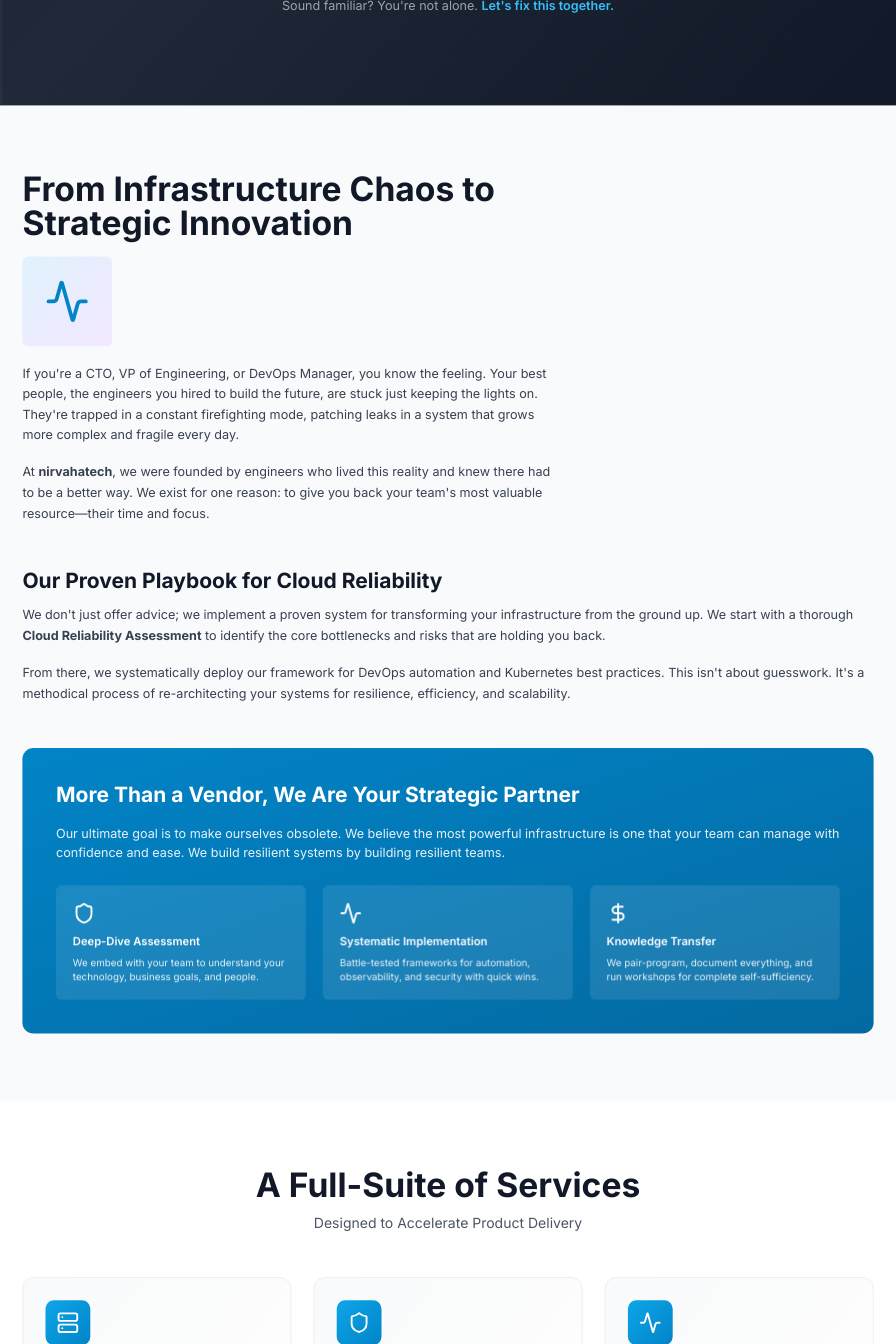
Repository: nirvaha-tech/nirva-monorepo
Page: / (app in frontend/)
The author's editor kept a copy of each file at every save. The page is drawn from the files as they stood at one save, then again after the next save.
The browser window is 1280 px wide. The pictures show the part of the page from y = 2362 to 4282 px (the page is 7183 px tall before and 7144 px after), at 70% of full size.
The project was rebuilt for these pictures with package versions that can differ from the ones it lists, and the page was loaded fresh each time. The framework's server and built-in components were replaced by stand-ins that run in the browser. Also part of the build but not shown: frontend/next.config.js.

Above is the page before, as saved 2025-11-14 22:46:27.

### frontend/src/app/layout.tsx
/**
 * Root layout component
 *
 * Copyright (c) 2024 Nirvahatech. All rights reserved.
 * This software is proprietary and confidential.
 */

import type { Metadata } from "next";
import { Inter } from "next/font/google";
import "./globals.css";

const inter = Inter({ subsets: ["latin"], variable: "--font-inter" });

export const metadata: Metadata = {
  title: "Nirvahatech | Expert DevOps & Cloud Infrastructure Solutions",
  description:
    "Stop firefighting. Start innovating. Expert-led DevOps for tech leaders who need scalable, self-healing infrastructure. Transform chaos into reliability.",
  keywords: [
    "DevOps",
    "Kubernetes",
    "Cloud Infrastructure",
    "AWS",
    "CI/CD",
    "GitOps",
    "DevSecOps",
    "FinOps",
    "Infrastructure Automation",
  ],
  authors: [{ name: "Nirvahatech" }],
  openGraph: {
    title: "Nirvahatech | Expert DevOps & Cloud Infrastructure Solutions",
    description:
      "Transform your infrastructure from chaos to reliability. Expert-led DevOps automation for scaling tech companies.",
    type: "website",
    locale: "en_US",
    siteName: "Nirvahatech",
  },
  twitter: {
    card: "summary_large_image",
    title: "Nirvahatech | Expert DevOps & Cloud Infrastructure Solutions",
    description:
      "Transform your infrastructure from chaos to reliability. Expert-led DevOps automation for scaling tech companies.",
  },
  robots: {
    index: true,
    follow: true,
  },
};

export default function RootLayout({
  children,
}: {
  children: React.ReactNode;
}) {
  return (
    <html lang="en" className="scroll-smooth">
      <body className={`${inter.variable} font-sans antialiased`}>
        {children}
      </body>
    </html>
  );
}

### frontend/src/app/page.tsx
import { Header } from "@/components/Header";
import { Hero } from "@/components/Hero";
import { Stats } from "@/components/Stats";
import { Symptoms } from "@/components/Symptoms";
import { About } from "@/components/About";
import { Services } from "@/components/Services";
import { Testimonials } from "@/components/Testimonials";
import { Contact } from "@/components/Contact";
import { Footer } from "@/components/Footer";
import { SmoothScroll } from "@/components/SmoothScroll";

export default function Home() {
  return (
    <main className="min-h-screen">
      <SmoothScroll />
      <Header />
      <Hero />
      <Stats />
      <Symptoms />
      <About />
      <Services />
      <Testimonials />
      <Contact />
      <Footer />
    </main>
  );
}

### frontend/src/app/globals.css
@tailwind base;
@tailwind components;
@tailwind utilities;

@layer base {
  :root {
    --background: 0 0% 100%;
    --foreground: 222.2 84% 4.9%;
  }

  * {
    border-color: hsl(var(--border, 214.3 31.8% 91.4%));
  }

  body {
    @apply bg-white text-gray-900;
  }

  html {
    scroll-behavior: smooth;
  }
}

@layer utilities {
  .text-balance {
    text-wrap: balance;
  }

  /* Custom animations */
  @keyframes blob {
    0% {
      transform: translate(0px, 0px) scale(1);
    }
    33% {
      transform: translate(30px, -50px) scale(1.1);
    }
    66% {
      transform: translate(-20px, 20px) scale(0.9);
    }
    100% {
      transform: translate(0px, 0px) scale(1);
    }
  }

  .animate-blob {
    animation: blob 7s infinite;
  }

  .animation-delay-2000 {
    animation-delay: 2s;
  }

  .animation-delay-4000 {
    animation-delay: 4s;
  }

  /* Smooth transitions for reduced motion */
  @media (prefers-reduced-motion: reduce) {
    *,
    *::before,
    *::after {
      animation-duration: 0.01ms !important;
      animation-iteration-count: 1 !important;
      transition-duration: 0.01ms !important;
    }
  }

  /* Custom gradient animation */
  @keyframes gradient {
    0% {
      background-position: 0% 50%;
    }
    50% {
      background-position: 100% 50%;
    }
    100% {
      background-position: 0% 50%;
    }
  }

  .animate-gradient {
    background-size: 200% 200%;
    animation: gradient 15s ease infinite;
  }

  /* Shimmer effect for loading states */
  @keyframes shimmer {
    0% {
      background-position: -1000px 0;
    }
    100% {
      background-position: 1000px 0;
    }
  }

  .animate-shimmer {
    animation: shimmer 2s infinite;
    background: linear-gradient(to right, #f6f7f8 0%, #edeef1 20%, #f6f7f8 40%, #f6f7f8 100%);
    background-size: 1000px 100%;
  }

  /* Pulse glow effect */
  @keyframes pulse-glow {
    0%, 100% {
      box-shadow: 0 0 5px rgba(14, 165, 233, 0.5);
    }
    50% {
      box-shadow: 0 0 20px rgba(14, 165, 233, 0.8);
    }
  }

  .animate-pulse-glow {
    animation: pulse-glow 2s ease-in-out infinite;
  }
}

### frontend/src/components/About.tsx
import { Activity, DollarSign, Shield } from "lucide-react";

export function About() {
  return (
    <section id="about-section" className="py-16 md:py-24 bg-gray-50">
      <div className="max-w-7xl mx-auto px-4 sm:px-6 lg:px-8">
        {/* Header */}
        <div className="max-w-3xl mb-16">
          <h2 className="text-3xl md:text-5xl font-bold text-gray-900 mb-6">
            From Infrastructure Chaos to Strategic Innovation
          </h2>
          <div className="w-32 h-32 bg-gradient-to-br from-primary-100 to-secondary-100 rounded-lg mb-6 flex items-center justify-center">
            <Activity size={64} className="text-primary-600" />
          </div>
          <p className="text-lg text-gray-700 leading-relaxed mb-6">
            If you&apos;re a CTO, VP of Engineering, or DevOps Manager,
            you know the feeling. Your best people, the engineers you hired to
            build the future, are stuck just keeping the lights on. They&apos;re
            trapped in a constant firefighting mode, patching leaks in a system
            that grows more complex and fragile every day.
          </p>
          <p className="text-lg text-gray-700 leading-relaxed">
            At <strong>nirvahatech</strong>, we were founded by engineers who
            lived this reality and knew there had to be a better way. We exist
            for one reason: to give you back your team&apos;s most valuable
            resource—their time and focus.
          </p>
        </div>

        {/* Our Playbook */}
        <div className="mb-16">
          <h3 className="text-2xl md:text-3xl font-bold text-gray-900 mb-4">
            Our Proven Playbook for Cloud Reliability
          </h3>
          <p className="text-lg text-gray-700 leading-relaxed mb-6">
            We don&apos;t just offer advice; we implement a proven system for
            transforming your infrastructure from the ground up. We start with a
            thorough <strong>Cloud Reliability Assessment</strong> to identify
            the core bottlenecks and risks that are holding you back.
          </p>
          <p className="text-lg text-gray-700 leading-relaxed">
            From there, we systematically deploy our framework for DevOps
            automation and Kubernetes best practices. This isn&apos;t about
            guesswork. It&apos;s a methodical process of re-architecting your
            systems for resilience, efficiency, and scalability.
          </p>
        </div>

        {/* Strategic Partner */}
        <div className="bg-gradient-to-br from-primary-600 to-primary-700 rounded-2xl p-8 md:p-12 text-white">
          <h3 className="text-2xl md:text-3xl font-bold mb-6">
            More Than a Vendor, We Are Your Strategic Partner
          </h3>
          <p className="text-lg mb-8 opacity-90">
            Our ultimate goal is to make ourselves obsolete. We believe the most
            powerful infrastructure is one that your team can manage with
            confidence and ease. We build resilient systems by building
            resilient teams.
          </p>
          <div className="grid md:grid-cols-3 gap-6">
            <div className="bg-white/10 backdrop-blur-sm rounded-lg p-6">
              <Shield className="mb-3" size={32} />
              <h4 className="font-semibold mb-2">Deep-Dive Assessment</h4>
              <p className="text-sm opacity-90">
                We embed with your team to understand your technology, business
                goals, and people.
              </p>
            </div>
            <div className="bg-white/10 backdrop-blur-sm rounded-lg p-6">
              <Activity className="mb-3" size={32} />
              <h4 className="font-semibold mb-2">Systematic Implementation</h4>
              <p className="text-sm opacity-90">
                Battle-tested frameworks for automation, observability, and
                security with quick wins.
              </p>
            </div>
            <div className="bg-white/10 backdrop-blur-sm rounded-lg p-6">
              <DollarSign className="mb-3" size={32} />
              <h4 className="font-semibold mb-2">Knowledge Transfer</h4>
              <p className="text-sm opacity-90">
                We pair-program, document everything, and run workshops for
                complete self-sufficiency.
              </p>
            </div>
          </div>
        </div>
      </div>
    </section>
  );
}

### frontend/src/components/Footer.tsx
export function Footer() {
  const currentYear = new Date().getFullYear();

  return (
    <footer className="bg-gray-900 text-gray-300 py-12">
      <div className="max-w-7xl mx-auto px-4 sm:px-6 lg:px-8">
        <div className="grid md:grid-cols-3 gap-8 mb-8">
          <div>
            <div className="text-2xl font-bold text-white mb-4">
              nirvahatech
            </div>
            <p className="text-sm">
              Expert-led DevOps and cloud infrastructure solutions for scaling
              tech companies.
            </p>
          </div>

          <div>
            <h4 className="text-white font-semibold mb-4">Quick Links</h4>
            <ul className="space-y-2 text-sm">
              <li>
                <a
                  href="#about-section"
                  className="hover:text-primary-400 transition-colors"
                >
                  About
                </a>
              </li>
              <li>
                <a
                  href="#services-section"
                  className="hover:text-primary-400 transition-colors"
                >
                  Services
                </a>
              </li>
              <li>
                <a
                  href="#testimonials-section"
                  className="hover:text-primary-400 transition-colors"
                >
                  Testimonials
                </a>
              </li>
              <li>
                <a
                  href="#contact-section"
                  className="hover:text-primary-400 transition-colors"
                >
                  Contact
                </a>
              </li>
            </ul>
          </div>

          <div>
            <h4 className="text-white font-semibold mb-4">Get in Touch</h4>
            <p className="text-sm mb-2">
              Ready to transform your infrastructure?
            </p>
            <a
              href="#contact-section"
              className="inline-block px-6 py-2 bg-primary-600 text-white font-semibold rounded-lg hover:bg-primary-700 transition-colors text-sm"
            >
              Schedule Assessment
            </a>
          </div>
        </div>

        <div className="border-t border-gray-800 pt-8 text-center text-sm">
          <p>
            &copy; {currentYear} Nirvahatech. All rights reserved.
          </p>
        </div>
      </div>
    </footer>
  );
}

### frontend/src/components/SmoothScroll.tsx
/**
 * Smooth scroll component for navigation links
 *
 * Copyright (c) 2024 Nirvahatech. All rights reserved.
 */

"use client";

import { useEffect } from "react";

export function SmoothScroll() {
  useEffect(() => {
    const handleSmoothScroll = (e: MouseEvent) => {
      const target = e.target as HTMLElement;
      const href = target.getAttribute("href");

      if (href && href.startsWith("#")) {
        e.preventDefault();
        const element = document.querySelector(href);

        if (element) {
          const offset = 80; // Header height
          const elementPosition = element.getBoundingClientRect().top;
          const offsetPosition = elementPosition + window.pageYOffset - offset;

          window.scrollTo({
            top: offsetPosition,
            behavior: "smooth",
          });
        }
      }
    };

    // Add click listeners to all anchor links
    const links = document.querySelectorAll('a[href^="#"]');
    links.forEach((link) => {
      link.addEventListener("click", handleSmoothScroll as EventListener);
    });

    // Cleanup
    return () => {
      links.forEach((link) => {
        link.removeEventListener("click", handleSmoothScroll as EventListener);
      });
    };
  }, []);

  return null;
}

### frontend/src/components/AnimatedCounter.tsx
/**
 * Animated number counter component
 *
 * Copyright (c) 2024 Nirvahatech. All rights reserved.
 */

"use client";

import { useEffect, useState } from "react";
import { useInView } from "react-intersection-observer";
import CountUp from "react-countup";

interface AnimatedCounterProps {
  end: number;
  suffix?: string;
  prefix?: string;
  decimals?: number;
  duration?: number;
}

export function AnimatedCounter({
  end,
  suffix = "",
  prefix = "",
  decimals = 0,
  duration = 2.5,
}: AnimatedCounterProps) {
  const [ref, inView] = useInView({
    triggerOnce: true,
    threshold: 0.3,
  });

  const [startCount, setStartCount] = useState(false);

  useEffect(() => {
    if (inView) {
      setStartCount(true);
    }
  }, [inView]);

  return (
    <div ref={ref}>
      {startCount && (
        <CountUp
          start={0}
          end={end}
          duration={duration}
          decimals={decimals}
          prefix={prefix}
          suffix={suffix}
          separator=","
        />
      )}
      {!startCount && `${prefix}0${suffix}`}
    </div>
  );
}

### frontend/src/components/AnimatedSection.tsx
/**
 * Reusable animated section wrapper with scroll animations
 *
 * Copyright (c) 2024 Nirvahatech. All rights reserved.
 */

"use client";

import { motion } from "framer-motion";
import { useInView } from "react-intersection-observer";
import { ReactNode } from "react";

interface AnimatedSectionProps {
  children: ReactNode;
  animation?: "fade" | "slide-up" | "slide-left" | "slide-right" | "scale";
  delay?: number;
  duration?: number;
  className?: string;
}

export function AnimatedSection({
  children,
  animation = "fade",
  delay = 0,
  duration = 0.6,
  className = "",
}: AnimatedSectionProps) {
  const [ref, inView] = useInView({
    triggerOnce: true,
    threshold: 0.1,
  });

  const animations = {
    fade: {
      hidden: { opacity: 0 },
      visible: { opacity: 1 },
    },
    "slide-up": {
      hidden: { opacity: 0, y: 50 },
      visible: { opacity: 1, y: 0 },
    },
    "slide-left": {
      hidden: { opacity: 0, x: -50 },
      visible: { opacity: 1, x: 0 },
    },
    "slide-right": {
      hidden: { opacity: 0, x: 50 },
      visible: { opacity: 1, x: 0 },
    },
    scale: {
      hidden: { opacity: 0, scale: 0.8 },
      visible: { opacity: 1, scale: 1 },
    },
  };

  return (
    <motion.div
      ref={ref}
      initial="hidden"
      animate={inView ? "visible" : "hidden"}
      variants={animations[animation]}
      transition={{
        duration,
        delay,
        ease: [0.25, 0.46, 0.45, 0.94],
      }}
      className={className}
    >
      {children}
    </motion.div>
  );
}

### frontend/tailwind.config.ts
import type { Config } from "tailwindcss";

const config: Config = {
  content: [
    "./src/pages/**/*.{js,ts,jsx,tsx,mdx}",
    "./src/components/**/*.{js,ts,jsx,tsx,mdx}",
    "./src/app/**/*.{js,ts,jsx,tsx,mdx}",
  ],
  theme: {
    extend: {
      colors: {
        primary: {
          50: '#f0f9ff',
          100: '#e0f2fe',
          200: '#bae6fd',
          300: '#7dd3fc',
          400: '#38bdf8',
          500: '#0ea5e9',
          600: '#0284c7',
          700: '#0369a1',
          800: '#075985',
          900: '#0c4a6e',
          950: '#082f49',
        },
        secondary: {
          50: '#faf5ff',
          100: '#f3e8ff',
          200: '#e9d5ff',
          300: '#d8b4fe',
          400: '#c084fc',
          500: '#a855f7',
          600: '#9333ea',
          700: '#7e22ce',
          800: '#6b21a8',
          900: '#581c87',
          950: '#3b0764',
        },
      },
      fontFamily: {
        sans: ['var(--font-inter)', 'system-ui', 'sans-serif'],
      },
    },
  },
  plugins: [],
};

export default config;

Loaded but not shown: frontend/src/components/Contact.tsx (273 lines, source omitted); frontend/src/components/Symptoms.tsx (248 lines, source omitted); frontend/src/components/Hero.tsx (114 lines, source omitted); frontend/src/components/Services.tsx (101 lines, source omitted); frontend/src/components/Testimonials.tsx (80 lines, source omitted); frontend/src/components/Stats.tsx (93 lines, source omitted); frontend/src/components/Header.tsx (81 lines, source omitted)

After the next save:
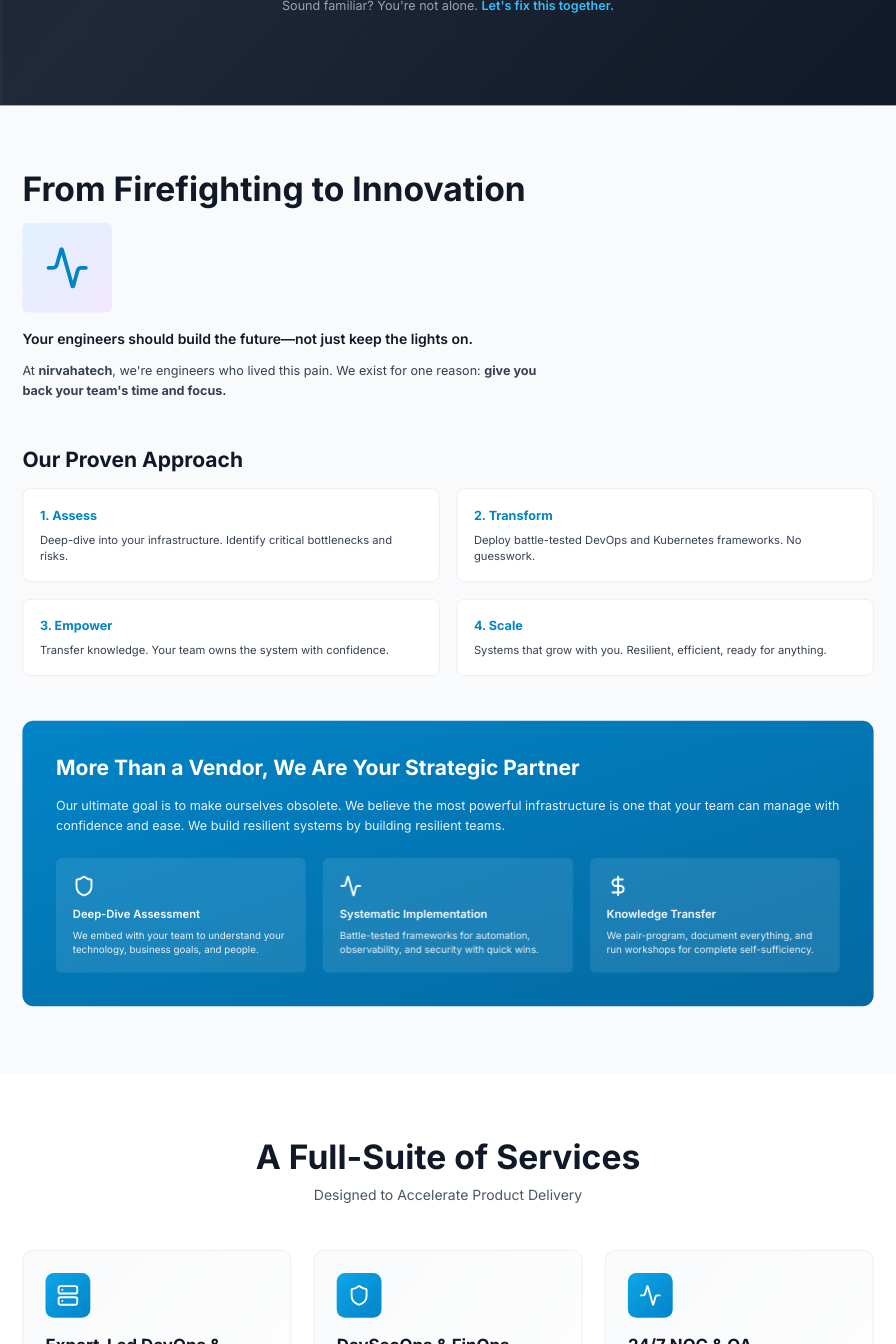
Saved 3 min 12 s later.
--- a/frontend/src/components/About.tsx
+++ b/frontend/src/components/About.tsx
@@ -7,43 +7,59 @@ export function About() {
         {/* Header */}
         <div className="max-w-3xl mb-16">
           <h2 className="text-3xl md:text-5xl font-bold text-gray-900 mb-6">
-            From Infrastructure Chaos to Strategic Innovation
+            From Firefighting to Innovation
           </h2>
           <div className="w-32 h-32 bg-gradient-to-br from-primary-100 to-secondary-100 rounded-lg mb-6 flex items-center justify-center">
             <Activity size={64} className="text-primary-600" />
           </div>
+          <p className="text-xl text-gray-900 font-semibold mb-4">
+            Your engineers should build the future—not just keep the lights on.
+          </p>
           <p className="text-lg text-gray-700 leading-relaxed mb-6">
-            If you&apos;re a CTO, VP of Engineering, or DevOps Manager,
-            you know the feeling. Your best people, the engineers you hired to
-            build the future, are stuck just keeping the lights on. They&apos;re
-            trapped in a constant firefighting mode, patching leaks in a system
-            that grows more complex and fragile every day.
-          </p>
-          <p className="text-lg text-gray-700 leading-relaxed">
-            At <strong>nirvahatech</strong>, we were founded by engineers who
-            lived this reality and knew there had to be a better way. We exist
-            for one reason: to give you back your team&apos;s most valuable
-            resource—their time and focus.
+            At <strong>nirvahatech</strong>, we&apos;re engineers who lived this pain.
+            We exist for one reason: <strong>give you back your team&apos;s time and focus.</strong>
           </p>
         </div>
 
         {/* Our Playbook */}
         <div className="mb-16">
-          <h3 className="text-2xl md:text-3xl font-bold text-gray-900 mb-4">
-            Our Proven Playbook for Cloud Reliability
+          <h3 className="text-2xl md:text-3xl font-bold text-gray-900 mb-6">
+            Our Proven Approach
           </h3>
-          <p className="text-lg text-gray-700 leading-relaxed mb-6">
-            We don&apos;t just offer advice; we implement a proven system for
-            transforming your infrastructure from the ground up. We start with a
-            thorough <strong>Cloud Reliability Assessment</strong> to identify
-            the core bottlenecks and risks that are holding you back.
-          </p>
-          <p className="text-lg text-gray-700 leading-relaxed">
-            From there, we systematically deploy our framework for DevOps
-            automation and Kubernetes best practices. This isn&apos;t about
-            guesswork. It&apos;s a methodical process of re-architecting your
-            systems for resilience, efficiency, and scalability.
-          </p>
+          <div className="grid md:grid-cols-2 gap-6">
+            <div className="bg-white p-6 rounded-xl border border-gray-200">
+              <div className="text-primary-600 font-bold text-lg mb-2">
+                1. Assess
+              </div>
+              <p className="text-gray-700">
+                Deep-dive into your infrastructure. Identify critical bottlenecks and risks.
+              </p>
+            </div>
+            <div className="bg-white p-6 rounded-xl border border-gray-200">
+              <div className="text-primary-600 font-bold text-lg mb-2">
+                2. Transform
+              </div>
+              <p className="text-gray-700">
+                Deploy battle-tested DevOps and Kubernetes frameworks. No guesswork.
+              </p>
+            </div>
+            <div className="bg-white p-6 rounded-xl border border-gray-200">
+              <div className="text-primary-600 font-bold text-lg mb-2">
+                3. Empower
+              </div>
+              <p className="text-gray-700">
+                Transfer knowledge. Your team owns the system with confidence.
+              </p>
+            </div>
+            <div className="bg-white p-6 rounded-xl border border-gray-200">
+              <div className="text-primary-600 font-bold text-lg mb-2">
+                4. Scale
+              </div>
+              <p className="text-gray-700">
+                Systems that grow with you. Resilient, efficient, ready for anything.
+              </p>
+            </div>
+          </div>
         </div>
 
         {/* Strategic Partner */}
